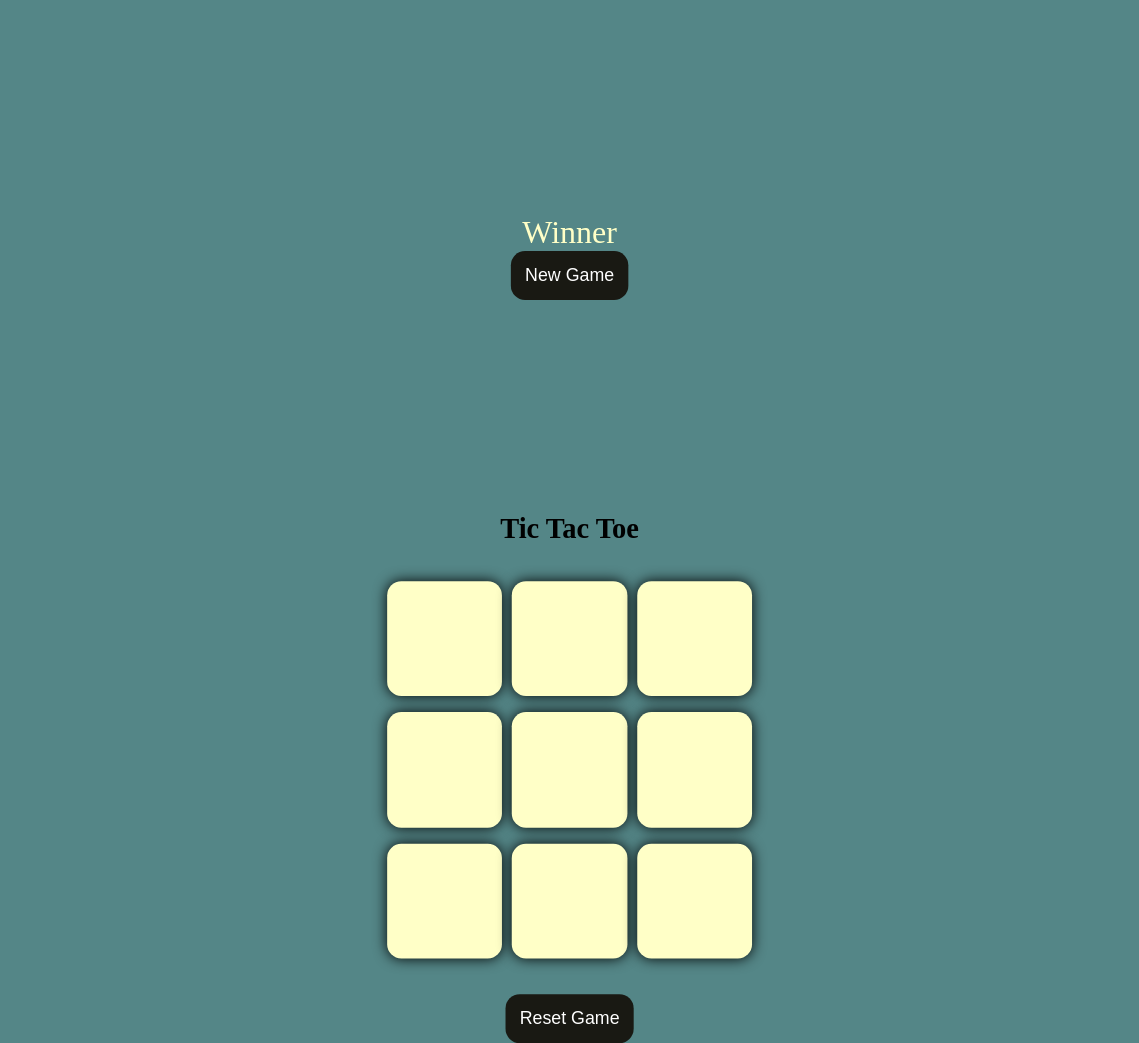
Repository: pankaj-shaw05/Tic-Tac-Toe
Page: index.html
An editor plug-in stored every save of this project. The page is shown before and after the next save, followed by the edit.
The browser window is 1280 px wide. The pictures show the whole page, at 89% of full size.

Above is the page before, as saved 2026-04-08 08:23:28.

After the next save:
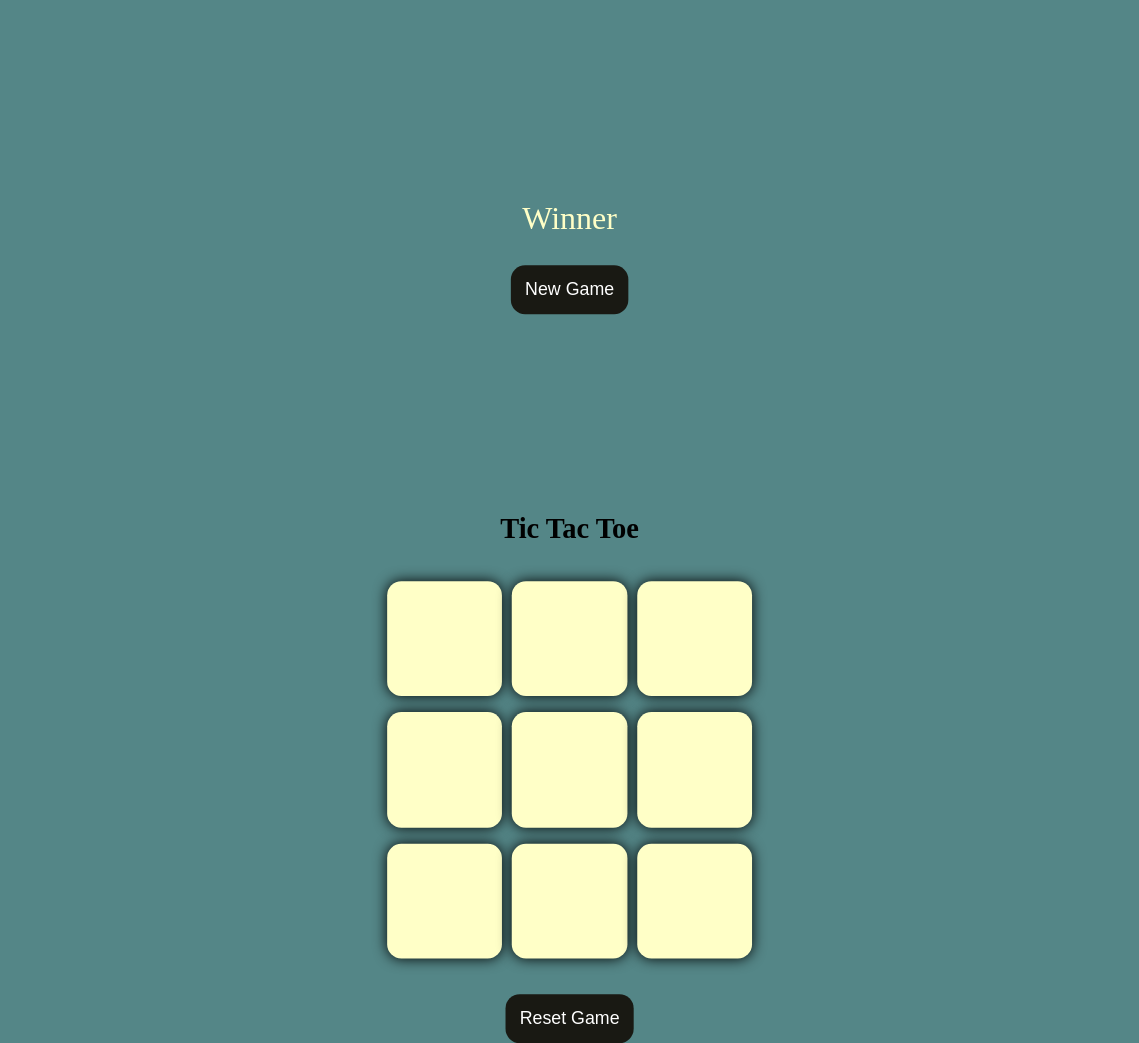
Saved 30 s later.
--- a/style.css
+++ b/style.css
@@ -66,6 +66,7 @@ body {
     justify-content: center;
     align-items: center;
     flex-direction: column;
+    gap: 2rem;
 }
 
 .hide {
